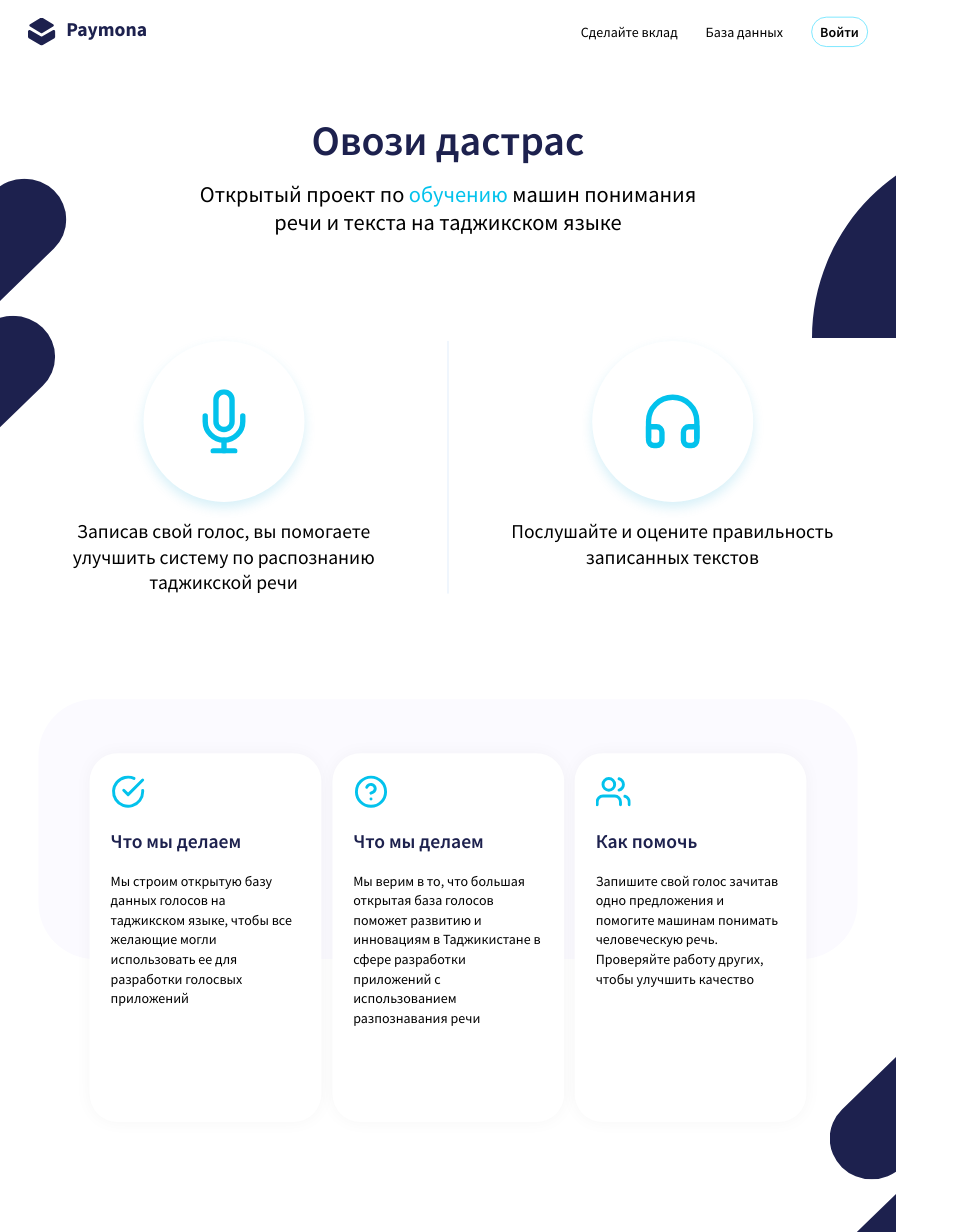
Repository: Amin444/Paymona-Sadp
Page: index.html
An editor plug-in stored every save of this project. The page is shown before and after a run of saves, followed by the edit.
The browser window is 1280 px wide. The page is 1366 px wide, so the pictures cover 1366 px, including what lies to the right of the window. The pictures show the part of the page from y = 0 to 1760 px (the page is 6187 px tall), at 70% of full size.

Above is the page before, as saved 2021-11-12 23:15:13.

### index.html
<!DOCTYPE html>
<html lang="en">
<head>
  <meta charset="UTF-8">
  <link rel="stylesheet" href="./style.css">
  <meta http-equiv="X-UA-Compatible" content="IE=edge">
  <meta name="viewport" content="width=device-width, initial-scale=1.0">
  <title>Paymona Sado</title>
</head>
<body>

  <div class="root">

    <div class="container">


        <div class="header">
          <div class="logoBlock">
            <img src="./img/logo.svg" class="logo" alt="">
            <p class='textLogo'>Paymona</p>
          </div>

          <div class="menu">
             <div class="items">Сделайте вклад</div>
             <div class="items">База данных</div>
             <div class="items border">Войти</div>
          </div>

        </div>

         <div class="elips">
           <svg width="120" height="285" viewBox="0 0 120 285" fill="none" xmlns="http://www.w3.org/2000/svg">
             <path d="M285 -1.24577e-05C247.573 -1.08218e-05 210.513 7.37176 175.935 21.6943C141.357 36.0169 109.939 57.0099 83.4745 83.4746C57.0098 109.939 36.0169 141.357 21.6943 175.935C7.37172 210.513 -1.57297e-05 247.573 -1.24577e-05 285L285 285L285 -1.24577e-05Z" fill="#1D214E"/>
           </svg>
         </div>

         <div class="rectangle2">
           <svg width="79" height="365" viewBox="0 0 79 365" fill="none" xmlns="http://www.w3.org/2000/svg">
             <rect width="118.426" height="472.716" rx="59.2128" transform="matrix(0.716507 0.69758 -0.716507 0.69758 18.7041 -24)" fill="#1D214E"/>
           </svg>

         </div>

         <div class="rectangle">
            <svg width="95" height="365" viewBox="0 0 95 365" fill="none" xmlns="http://www.w3.org/2000/svg">
             <rect width="118.426" height="472.716" rx="59.2128" transform="matrix(0.716507 0.69758 -0.716507 0.69758 34.7041 -24)" fill="#1D214E"/>
            </svg>
         </div>

        <div class="title">
           <h1>Овози дастрас</h1>
           <p class="desc">Открытый проект по <blue>обучению</blue> машин понимания <br> речи и текста на таджикском языке</p>
        </div>

        <div class="Listen-and-record">
           <div class="record-block">
              <div class="circles">
                <div class="imgBlock">
                  <img src="./img/Group.svg" class="asd" >
                </div>
              </div>
              <span class="text">Записав свой голос, вы помогаете улучшить систему по распознанию таджикской речи</span>
           </div>

           <hr>

           <div class="record-block">
              <div class="circles">
                <div class='imgBlock'>
                  <img src="./img/Group2.svg" class="asd" >
                </div>
              </div>
              <span class="text"> Послушайте и оцените правильность записанных текстов</span>
           </div>
        </div>

        <div class="how-we-do">
          <div class="bag">
            <div class="visible">
              <img src="./img/check-circle.svg">
              <p class="card-title">Что мы делаем</p>
              <p class="card-text">Мы строим открытую базу данных
                 голосов на таджикском языке,
                 чтобы все желающие могли использовать
                 ее для разработки голосвых приложений</p>
            </div>
            <div class="visible">
              <img src="./img/Group3.svg">
              <p class="card-title">Что мы делаем</p>
              <p class="card-text">Мы верим в то, что большая открытая база
                 голосов поможет развитию и инновациям в Таджикистане
                 в сфере разработки приложений с использованием разпознавания речи</p>
            </div>
            <div class="visible">
              <img src="./img/Group4.svg">
              <p class="card-title">Как помочь</p>
              <p class="card-text">Запишите свой голос зачитав одно
                предложения и помогите машинам понимать человеческую речь.
                 Проверяйте работу других, чтобы улучшить качество</p>
            </div>
          </div>
        </div>

        <div class="ewq">
          <img src="./img/Rectangle.svg" class='qwe'>
          <img src="./img/Rectangle2.svg" class='qwe2'>
          <div class="work-block">
            <h1>Как это работает?</h1>
            <p class="just-text">Мы хотим построить открытую базу общими усилиями.
               Сделайте свой вклад записав свой голос или проверив записи других.
              Это сделает базу лучше для всех</p>
          </div>
          <div class="example">
             <div class="example-block">
               <img class="size" src="./img/Group5.svg" >
                 <p class="card-title">Записывайте</p>
                 <span class="card-text2">Пользователи записывают свои голоса прочитав текс, который мы им показываем</span>
                </div>
                <img src="./img/Group8.svg" class="arrow" >
             <div class="example-block">
               <img class="size" src="./img/Group9.svg" >
                 <p class="card-title">Очередь на проверку</p>
                 <span class="card-text2">Запись попадает на очередь и будет ждать проверки</span>
                </div>
                <img src="./img/Group8.svg" class="arrow2" >
             <div class="example-block">
               <img class="size" src="./img/Group10.svg" >
                 <p class="card-title">Проверка</p>
                 <span class="card-text2">Пользователи слушают записи, сверяют с тексом</span>
                </div>
                <img src="./img/Group8.svg" class="arrow3" >
             <div class="example-block">
               <img class="size" src="./img/Group11.svg" >
                 <p class="card-title">Достоверность</p>
                 <span class="card-text2">Запись становится достоверной если пользователи проголосовали за нее “Правильно”</span>
                </div>
                <img src="./img/Group8.svg" class="arrow4" >
                <img src="./img/Group8.svg" class="arrow5" >
          </div>
          <div class="tworouds">
            <div class="example-block2">
              <img class="size" src="./img/Group12.svg" >
                <p class="card-title">“Правильно”</p>
                <span class="card-text2">Чтобы попасть в базу данных запись должна получить 2 голоса “Правильно” от двух разных пользователей  </span>
               </div>
               <img src="./img/Group8.svg" class="arrow6" >
               <img src="./img/Group8.svg" class="arrow7" >
            <div class="example-block2">
              <img class="size rotate" src="./img/Group12.svg" >
                <p class="card-title">“Не правильно”</p>
                <span class="card-text2">Если пользователь проголосует за запись “Не правильно”, то она попадет обратно в очередь. После повторного отрицания, запись попадает на кладбище записей</span>
               </div>
          </div>
          <div class="tworouds">
            <div class="example-block2">
              <img class="size" src="./img/Group11.svg" >
                <p class="card-title">Достоверность</p>
                <span class="card-text2">Запись становится достоверной если пользователи проголосовали за нее “Правильно”</span>
               </div>
            <div class="example-block2">
              <img class="size" src="./img/Group11.svg" >
                <p class="card-title">Достоверность</p>
                <span class="card-text2">Запись становится достоверной если пользователи проголосовали за нее “Правильно”</span>
               </div>
          </div>

          <div class="help-block">
            <h1>Помогите нам сделать <br>
              данные качественными</h1>
              <p class="just-text"> Создайте себе аккаунт, следите за своим прогрессом и получайте медали.
                 Все ваши данные анонимны. Мы делимся только агрегированной статистикой по всему проекту</p>
          </div>
            <div class="how-we-do">
              <div class="bag">
                <div class="visible2">
                  <img src="./img/Group13.svg">
                  <p class="card-title">Демографические данные и акцент</p>

                </div>
                <div class="visible2">
                  <img src="./img/Group3.svg">
                  <p class="card-title">Следите за своим прогрессом и сравгивайье его с другими</p>

                </div>
                <div class="visible2">
                  <img src="./img/Group4.svg">
                  <p class="card-title">Оставьте свою почту и получайте новости о нашем проекте </p>

                </div>
              </div>
            </div>

          </div>
          <div class="footer">
            <div class="pimona">
              <img src="./img/logo.svg" class="colorLogo">
              <p>Paymona</p>
            </div>
      </div>
      </div>

  </div>
</body>
</html>

### style.css
@import url('https://fonts.googleapis.com/css2?family=Source+Sans+Pro:ital,wght@0,200;0,300;0,400;0,600;0,700;0,900;1,200;1,300;1,400;1,600;1,700;1,900&display=swap');

*{
  margin: 0;
  padding: 0;
  border: none;
  outline: none;
  font-family: 'Source Sans Pro', sans-serif;
  font-weight: 500;

}

.root{
  width: 100vw;
  display: flex;
  align-items: center;
  flex-direction: column;
}
.container{
  width: 100%;
  display: flex;
  flex-direction: column;
}

.header{
  height: 90px;
  padding: 0 40px;
  display: flex;
  align-items: center;
  justify-content: space-between;
}

.textLogo{
  color: #1D214E;
  font-weight: 700;
  font-size: 28px;
  line-height: 35px;
}

.logo{
  width: 40px;
  height: 40px;
}
.logoBlock{
  width:170px;
  display: flex;
  justify-content: space-between;
}
.menu{
  display: flex;
  gap: 40px;
  align-items: center;
  font-weight: 400;
  font-size: 20px;
  line-height:25px;
}
.items{
  cursor: pointer;
}
.border{
  padding: 8px 12px;
  border: 1px solid rgba(73, 222, 255, 1);
  border-radius: 50px;
  font-weight: 600;
}
.title{
  margin-top: 72px;
  display: flex;
  flex-direction: column;
  align-items: center;
}

h1{
  color: rgba(29, 33, 78, 1);
  font-weight: 600;
  font-size: 60px;
  line-height:75px;
  margin-bottom: 20px;
}
.desc{
  font-weight: 400;
  font-size: 32px;
  text-align: center;
}
blue{
  color: rgba(3, 194, 236, 1);
}
.elips{
  position: absolute;
  right: 0;
  top: 198px;
}

.rectangle{
  position: absolute;
  top: 255px
}
.rectangle2{
  position: absolute;
  top: 451px
}

.Listen-and-record{
  margin-top: 150px;
  display: flex;
  justify-content: space-evenly;
}
.record-block{
  display: flex;
  align-items: center;
  flex-direction: column;
}

.circles{
  border-radius: 50%;
  box-shadow: 0px 8px 16px rgba(0, 160, 210, 0.16);
  background-color: #fff;
  width: 230px;
  height: 230px;
}
.imgBlock{
  width: 100%;
  height: 100%;
  display: flex;
  justify-content: center;
  align-items: center;
}
.asd{
  width: 40%;
  height: 40%;
}

.text{
  margin-top: 24px;
  display: block;
  text-align: center;
  width: 496px;
  font-weight: 400;
  font-size: 28px;
}
hr{
  border: 1px solid rgba(234, 243, 252, 1);
  height: 359px;
}

.how-we-do{
  margin-top: 150px;
  display: flex;
  justify-content: center;
}

.bag{
  position: absolute;
  width: 80vw;
  height: 294px;
  background:#FBFAFF;
  border-radius: 80px;
  display: flex;
  justify-content: space-between;
  padding: 77px 73px 0 73px;
}
.visible{
  width: 271px;
  height:467px;
  box-shadow: 0px 0px 24px rgba(0, 0, 0, 0.04);
  border-radius: 40px;
  background:#fff;
  padding: 30px
}
.visible2{
  width: 271px;
  box-shadow: 0px 0px 24px rgba(0, 0, 0, 0.04);
  border-radius: 40px;
  background:#fff;
  padding: 30px
}
.card-title{
  margin-top: 24px;
  font-weight: 600;
  font-size: 28px;
  color: rgba(29, 33, 78, 1)
}
.card-text{
  margin-top: 24px;
  font-weight: 400;
  font-size: 20px;
  line-height: 28px;
}
.card-text2{
  width: 322px;
  margin-top: 24px;
  font-weight: 400;
  font-size: 24px;
  line-height: 33.6px;
}
.ewq{
  width: 100%;
  display: flex;
  flex-direction: column;
  align-items: center;
}
.qwe{
  position: absolute;
  top: 1320px;
  right: 0;
  transform: rotate(180deg);
}
.qwe2{
  position: absolute;
  top: 1500px;
  right: 0;
  transform: rotate(180deg);
}
.work-block{
  margin-top: 750px;
  width: 50%;
  display: flex;
  align-items: center;
  flex-direction: column;
}

.just-text{
  width: 748px;
  font-weight: 400;
  font-size: 28px;
  text-align: center;
  line-height: 39.2px;
}
.example-block{
  padding: 30px;
  margin-top: 100px;
  background: #fff;
  display: flex;
  flex-direction: column;
  box-shadow: 0px 0px 24px rgba(0, 0, 0, 0.04);
  border-radius: 40px;
  width: 386px;
  height: 294px;
}
.example-block2{
  padding: 30px;
  margin-top: 100px;
  background: #fff;
  display: flex;
  flex-direction: column;
  box-shadow: 0px 0px 24px rgba(0, 0, 0, 0.04);
  border-radius: 40px;
  width: 386px;
  height: 294px;
}
.size{
  width: 30px;
  height: 30px;
}

.example{
  position: relative;
}

.arrow{
  position: absolute;
  top: 480px;
  right: 50%;
}
.arrow2{
  position: absolute;
  top: 930px;
  right: 50%;
}
.arrow3{
  position: absolute;
  top: 1400px;
  right: 50%;
}
.arrow4{
  position: absolute;
  top: 1830px;
  right: 80%;
  transform: rotate(30deg);
}
.arrow5{
  position: absolute;
  top: 1830px;
  right: 10%;
  transform: rotate(-30deg);
}
.tworouds{
  width: 100%;
  display: flex;
  justify-content: space-evenly;
  position: relative;
}

.rotate{
  transform: rotate(180deg);
}

.arrow6{
  position: absolute;
  left: 27%;
  top: 480px;
}
.arrow7{
  position: absolute;
  right: 27%;
  top: 480px;
}
.help-block{
  margin-top: 200px;
  text-align: center
}
.footer{
  margin-top: 600px;
  background: #1D214E;
  width: 88%;
  height: 214px;
  padding: 25px 120px;
  display: flex;
  justify-content: space-between;
}
path{
  color: #fff;
}

### img/logo.svg
<svg width="24" height="24" viewBox="0 0 24 24" fill="none" xmlns="http://www.w3.org/2000/svg">
<path d="M23.2727 11.9119V16.6433C23.2731 16.8543 23.2169 17.0618 23.1094 17.2464C23.0019 17.4309 22.8466 17.5864 22.6582 17.6981L12.3229 23.8128C12.1153 23.9351 11.8758 24 11.6314 24C11.387 24 11.1475 23.9351 10.9399 23.8128L0.616444 17.6943C0.427833 17.5828 0.272261 17.4273 0.164406 17.2428C0.0565516 17.0583 -2.98523e-05 16.8507 1.18183e-08 16.6396V11.9119C-3.13489e-05 11.6902 0.0623511 11.4726 0.180679 11.2816C0.299007 11.0906 0.468973 10.9331 0.672954 10.8255C0.876934 10.7179 1.1075 10.6641 1.34075 10.6696C1.574 10.6752 1.80144 10.7399 1.99949 10.8571L10.9399 16.1535C11.1475 16.2758 11.387 16.3407 11.6314 16.3407C11.8758 16.3407 12.1153 16.2758 12.3229 16.1535L21.2653 10.8571C21.4634 10.7373 21.6918 10.6704 21.9264 10.6636C22.1611 10.6567 22.3934 10.71 22.5989 10.818C22.8043 10.9259 22.9754 11.0845 23.0939 11.277C23.2125 11.4695 23.2743 11.6888 23.2727 11.9119Z" fill="#1D214E"/>
<path d="M10.9383 13.2688L1.76081 7.81102C1.57388 7.69908 1.41986 7.54397 1.31312 7.36018C1.20638 7.17639 1.15039 6.96991 1.15039 6.76C1.15039 6.5501 1.20638 6.34361 1.31312 6.15982C1.41986 5.97603 1.57388 5.82093 1.76081 5.70898L10.9344 0.193005C11.1431 0.0669478 11.3854 0 11.6328 0C11.8802 0 12.1224 0.0669478 12.3312 0.193005L21.5107 5.70898C21.6976 5.82093 21.8516 5.97603 21.9584 6.15982C22.0651 6.34361 22.1211 6.5501 22.1211 6.76C22.1211 6.96991 22.0651 7.17639 21.9584 7.36018C21.8516 7.54397 21.6976 7.69908 21.5107 7.81102L12.3253 13.2688C12.1173 13.3921 11.877 13.4575 11.6318 13.4575C11.3866 13.4575 11.1463 13.3921 10.9383 13.2688Z" fill="#1D214E"/>
</svg>

After the next 2 saves:
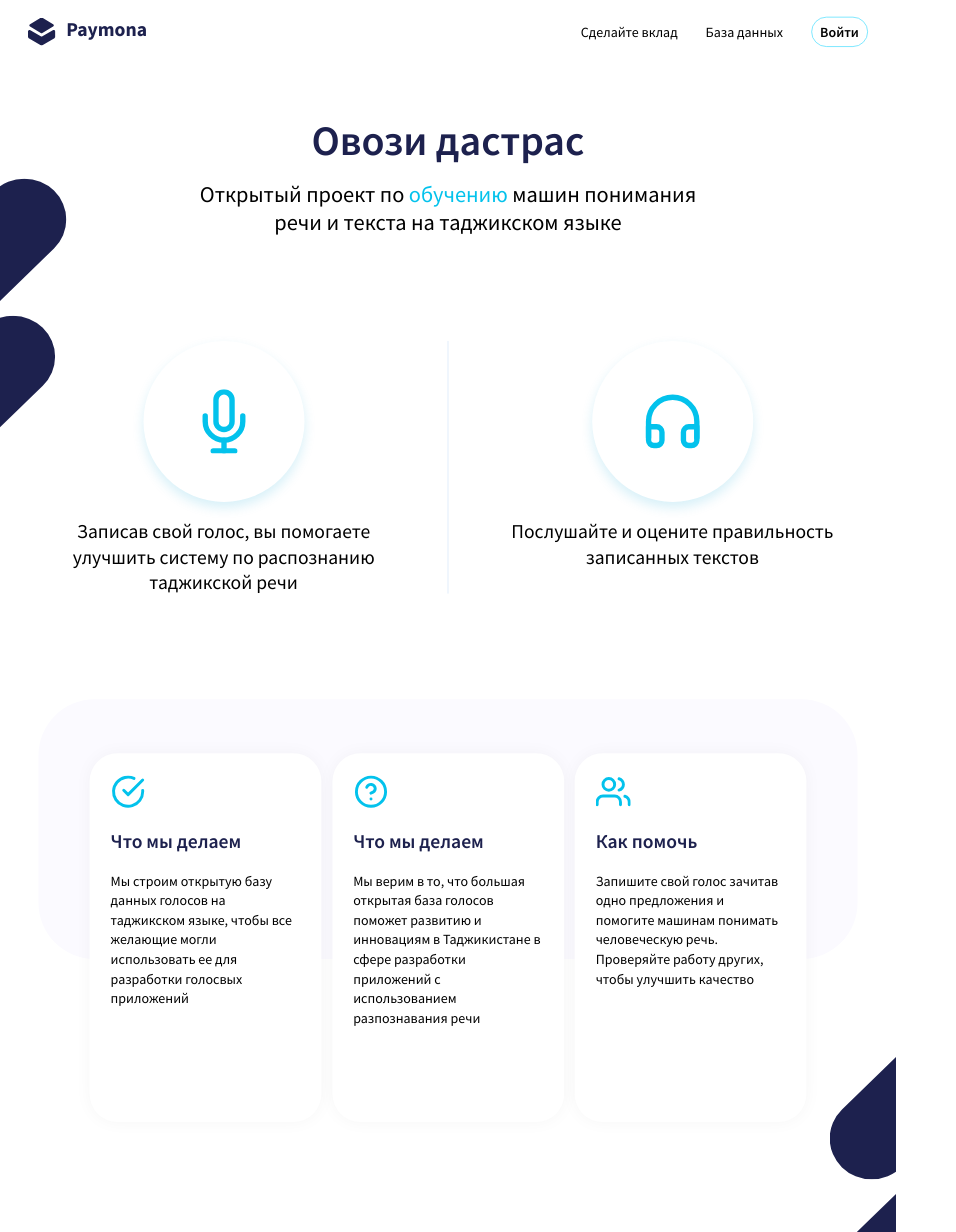
The 2 saves are shown as one change because they came seconds apart.
The last was saved 8 s later.
--- a/style.css
+++ b/style.css
@@ -319,5 +319,5 @@
   justify-content: space-between;
 }
 path{
-  color: #fff;
-}
+  fill: #fff;
+}

After the save that followed:
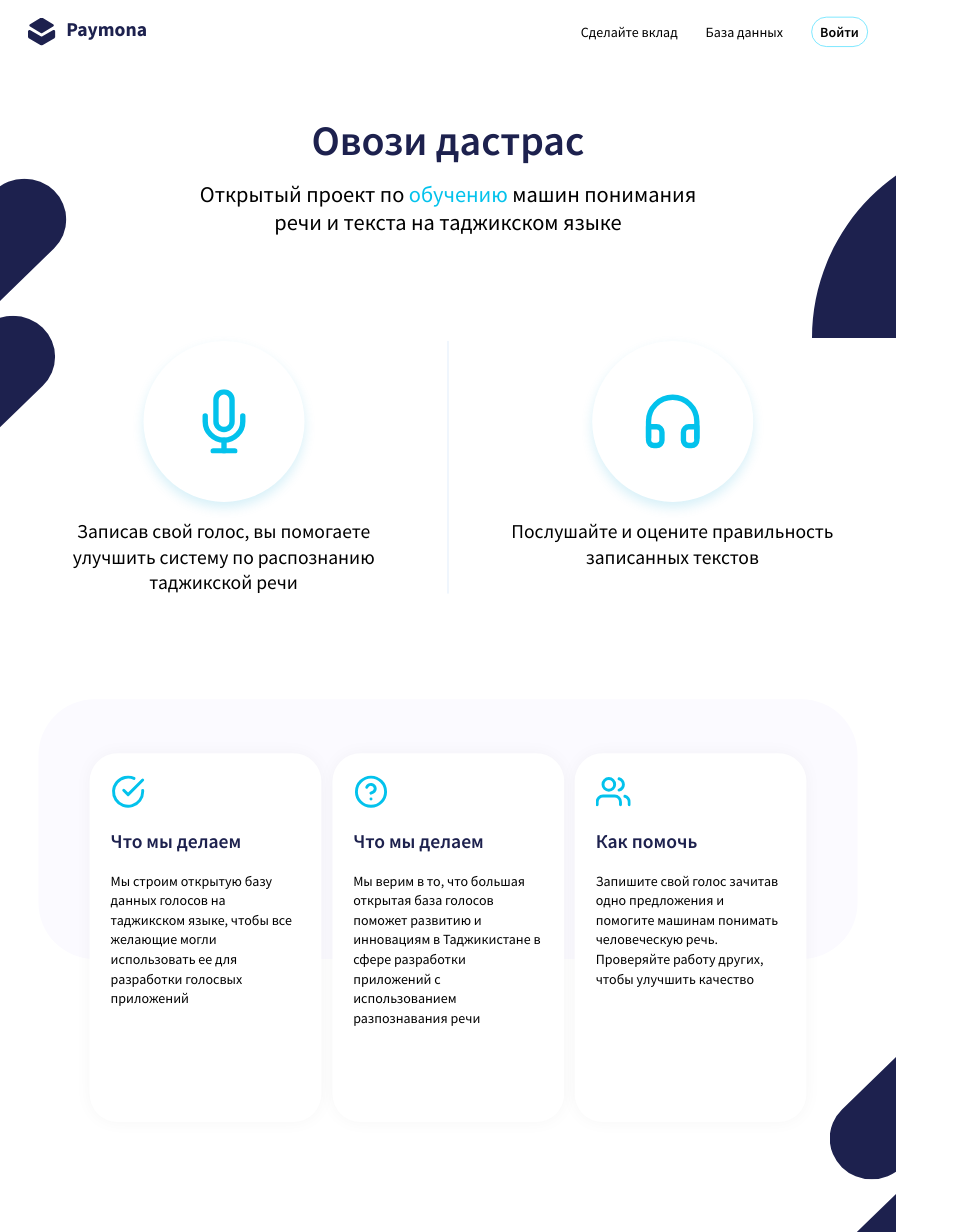
Saved 12 s later.
--- a/style.css
+++ b/style.css
@@ -318,6 +318,6 @@
   display: flex;
   justify-content: space-between;
 }
-path{
-  fill: #fff;
-}
+.colorLogo{
+
+}
